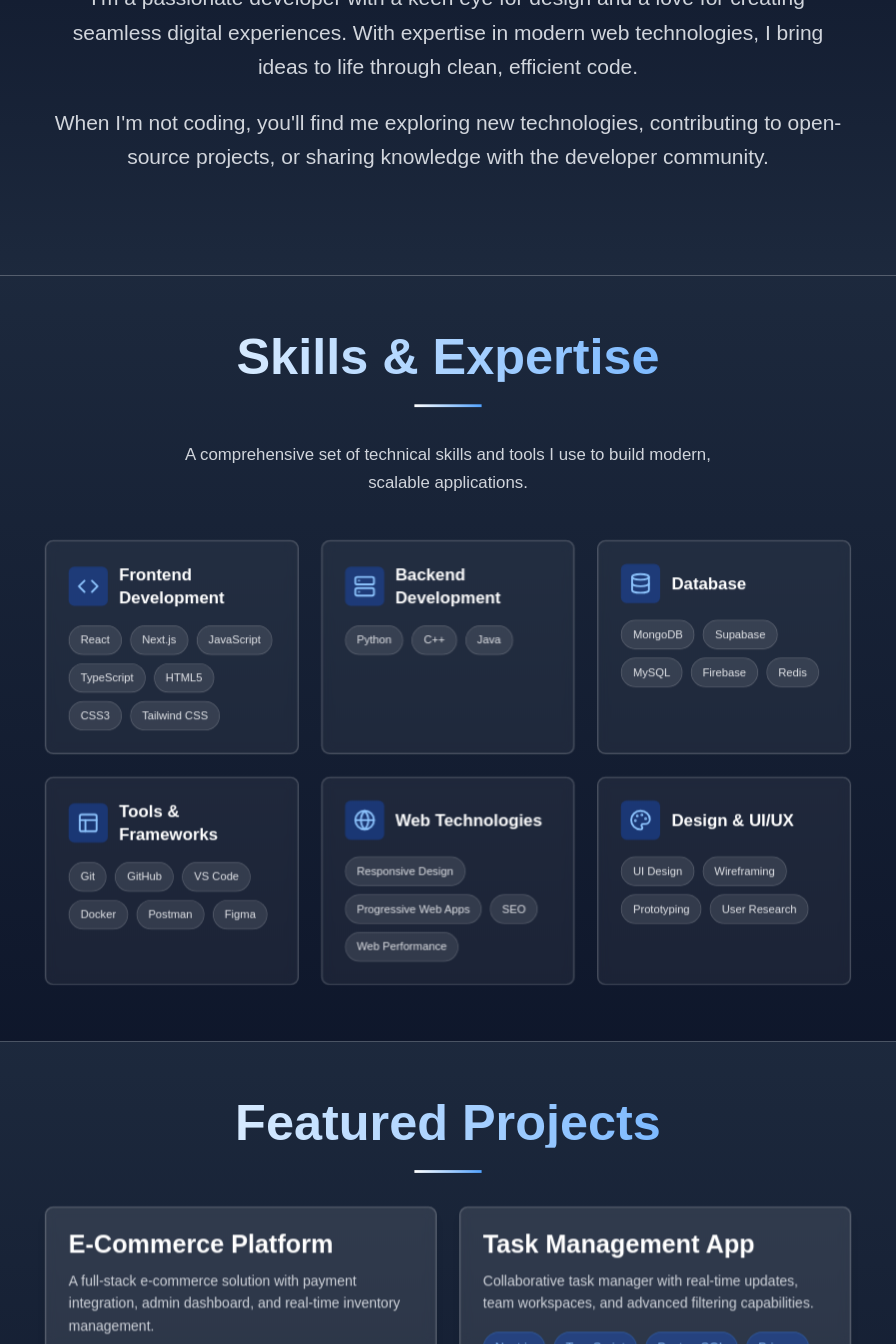
Repository: harshikabodekar/portfolio_awp
Page: /
An editor plug-in stored every save of this project. The page is shown before and after the next save, followed by the edit.
The browser window is 1280 px wide. The pictures show the part of the page from y = 1111 to 3031 px (the page is 4640 px tall), at 70% of full size.
The project was rebuilt for these pictures with package versions that can differ from the ones it lists, and the page was loaded fresh each time. The framework's server and built-in components were replaced by stand-ins that run in the browser. Also part of the build but not shown: next.config.mjs.

Above is the page before, as saved 2025-10-15 20:59:20.

### src/app/layout.js
import "./globals.css";

export const metadata = {
  title: "AWP Portfolio",
  description: "Personal portfolio",
};

export default function RootLayout({ children }) {
  return (
    <html lang="en">
      <body className="antialiased">
        {children}
      </body>
    </html>
  );
}

### src/app/page.js
//import Image from "next/image";
import Navbar from "./components/Navbar";
import React from "react";
import Projects from "./components/Project";
import About from "./components/About";
import Contact from "./components/Contact";
import Hero from "./components/Hero";
import Skills from "./components/Skills";

export default function Home() {
  return (
    <div className="font-sans">
      <Navbar />
      <main className="w-full">
        <Hero />
        <About />
        <Skills />
        <Projects />
        <Contact />
      </main>
    </div>
  );
}

### src/app/components/Navbar.js
import React from 'react';

const Navbar = () => {
  return (
    <nav className="bg-gray-900 text-white py-4 px-6 fixed w-full top-0 left-0 z-50 shadow-lg">
      <div className="container mx-auto flex justify-between items-center">
        <h1 className="text-4xl font-bold">My Portfolio</h1>
        <ul className="flex space-x-12 text-2xl">
          <li><a href="#home" className="hover:text-blue-400 transition-colors">Home</a></li>
          <li><a href="#about" className="hover:text-blue-400 transition-colors">About</a></li>
          <li><a href="#skills" className="hover:text-blue-400 transition-colors">Skills</a></li>
          <li><a href="#projects" className="hover:text-blue-400 transition-colors">Projects</a></li>
          <li><a href="#contact" className="hover:text-blue-400 transition-colors">Contact</a></li>
        </ul>
      </div>
    </nav>
  );
};

export default Navbar;

### src/app/components/Project.js
import React from 'react';
import ProjectCard from './ProjectCard';
import { projectsData } from '../data/projects';

const Projects = () => {
  const projects = [
    {
      title: "E-Commerce Platform",
      description: "A full-stack e-commerce solution with payment integration, admin dashboard, and real-time inventory management.",
      tech: ["React", "Node.js", "MongoDB", "Stripe"],

    },
    {
      title: "Task Management App",
      description: "Collaborative task manager with real-time updates, team workspaces, and advanced filtering capabilities.",
      tech: ["Next.js", "TypeScript", "PostgreSQL", "Prisma"],

    },
    {
      title: "Weather Dashboard",
      description: "Real-time weather dashboard with forecasts, interactive maps, and location-based recommendations.",
      tech: ["Vue.js", "Python", "FastAPI", "OpenWeather API"],

    },
    {
      title: "AI Chat Application",
      description: "Intelligent chatbot with natural language processing, context awareness, and custom training capabilities.",
      tech: ["React", "Python", "TensorFlow", "WebSockets"],

    }
  ];

return (
    <section id="projects" className="py-20 px-6 bg-gradient-to-b from-slate-800 to-slate-900 text-white">
      <div className="container mx-auto px-4">
        <div className="max-w-6xl mx-auto">
          <h2 className="text-3xl sm:text-5xl md:text-6xl lg:text-7xl font-bold mb-8 text-center bg-gradient-to-r from-white to-blue-400 bg-clip-text text-transparent">
            Featured Projects
          </h2>
          <div className="w-24 h-1 bg-gradient-to-r from-white to-blue-400 mx-auto mb-12"></div>

          <div className="grid md:grid-cols-2 gap-6 lg:gap-8">
            {projects.map((project, index) => (
              <ProjectCard key={index} project={project} />
            ))}
          </div>
        </div>
      </div>
    </section>
  );
};

export default Projects;

### src/app/components/About.js
import React from 'react';

const About = () => {
  return (
    <section id="about" className="py-20 px-6 bg-gradient-to-b from-slate-900 to-slate-800 text-white">
      <div className="container mx-auto px-4">
        <div className="max-w-6xl mx-auto">
          <h2 className="text-4xl sm:text-5xl md:text-6xl lg:text-7xl font-bold mb-8 text-center bg-gradient-to-r from-white to-blue-400 bg-clip-text text-transparent">
            About Me
          </h2>
          <div className="w-24 h-1 bg-gradient-to-r from-white to-blue-400 mx-auto mb-12"></div>

          <div className="mb-16 text-center">
            <p className="text-xl sm:text-2xl md:text-3xl text-gray-300 leading-relaxed mb-8">
              I'm a passionate developer with a keen eye for design and a love for creating
              seamless digital experiences. With expertise in modern web technologies, I bring
              ideas to life through clean, efficient code.
            </p>
            <p className="text-xl sm:text-2xl md:text-3xl text-gray-300 leading-relaxed">
              When I'm not coding, you'll find me exploring new technologies, contributing to
              open-source projects, or sharing knowledge with the developer community.
            </p>

          </div>

          </div>
      </div>
    </section>
  );
};

export default About;

### src/app/components/Contact.js
"use client";
import { Mail, Phone, MapPin, Github, Linkedin, Twitter } from 'lucide-react';

const Contact = () => {
  const contactInfo = [
    {
      icon: Mail,
      label: "Email",
      value: "harshikabodekar02@gmail.com",
      href: "mailto:harshikabodekar02@gmail.com"
    },
    {
      icon: Phone,
      label: "Phone",
      value: "+91 9130343030",
      href: "tel:+919130343030"
    },
    {
      icon: MapPin,
      label: "Location",
      value: "Pune, India",
      href: "#"
    }
  ];

  const socialLinks = [
    {
      icon: Github,
      label: "GitHub",
      href: "https://github.com/harshikabodekar"
    },
    {
      icon: Linkedin,
      label: "LinkedIn",
      href: "https://linkedin.com"
    },
    {
      icon: Twitter,
      label: "Twitter",
      href: "https://twitter.com/harshikabodekar"
    }
  ];

  return (
    <section id="contact" className="py-20 px-6 bg-gradient-to-b from-slate-800 to-slate-900 text-white">
      <div className="container mx-auto px-4">
        <div className="max-w-6xl mx-auto">
          <h2 className="text-4xl sm:text-5xl md:text-6xl lg:text-7xl font-bold mb-8 text-center bg-gradient-to-r from-white to-blue-400 bg-clip-text text-transparent">
            Get In Touch
          </h2>
          <div className="w-24 h-1 bg-gradient-to-r from-white to-blue-400 mx-auto mb-12"></div>

          <p className="text-center text-xl md:text-2xl text-gray-300 mb-16 max-w-3xl mx-auto leading-relaxed">
            I'm always open to discussing new projects, creative ideas, or opportunities to be part of your visions.
          </p>

          <div className="grid md:grid-cols-3 gap-8 mb-16">
            {contactInfo.map((info, index) => {
              const IconComponent = info.icon;
              return (
                <div
                  key={index}
                  className="border-2 border-white/20 rounded-xl p-8 hover:border-blue-400/50 transition-all duration-300 text-center group backdrop-blur-sm bg-white/5"
                >
                  <div className="inline-flex p-4 bg-blue-600/30 rounded-lg mb-4 group-hover:bg-blue-600/50 transition-all duration-300">
                    <IconComponent className="w-8 h-8 text-blue-300" />
                  </div>
                  <h3 className="text-lg font-semibold text-gray-200 mb-3">{info.label}</h3>
                  <a
                    href={info.href}
                    className="text-xl text-white hover:text-blue-400 transition-colors duration-300 break-words"
                  >
                    {info.value}
                  </a>
                </div>
              );
            })}
          </div>

          <div className="border-2 border-white/20 rounded-xl p-10 backdrop-blur-sm bg-white/5">
            <h3 className="text-3xl md:text-4xl font-bold mb-8 text-center text-white">Connect With Me</h3>

            <div className="flex justify-center gap-6 mb-10">
              {socialLinks.map((social, index) => {
                const SocialIcon = social.icon;
                return (
                  <a
                    key={index}
                    href={social.href}
                    target="_blank"
                    rel="noreferrer"
                    className="p-4 bg-white/10 border-2 border-white/20 rounded-full hover:bg-blue-600 hover:border-blue-400 transition-all duration-300 group"
                    aria-label={social.label}
                  >
                    <SocialIcon className="w-8 h-8 text-white group-hover:scale-110 transition-transform" />
                  </a>
                );
              })}
            </div>

            <div className="text-center">
              <a
                href="mailto:harshikabodekar02@gmail.com"
                className="inline-flex items-center gap-3 px-8 py-4 bg-blue-600 hover:bg-blue-700 text-white rounded-lg transition-colors text-lg md:text-xl font-medium shadow-lg hover:shadow-blue-500/50"
              >
                <Mail className="w-6 h-6" />
                Send Me an Email
              </a>
            </div>
          </div>
        </div>
      </div>
    </section>
  );
};

export default Contact;

### src/app/components/Hero.js
"use client";
import React from 'react';
import { Github, Linkedin, Mail } from 'lucide-react';

const Hero = () => {
  return (
    <section id="home" className="relative w-full min-h-screen flex items-center justify-center bg-gradient-to-b from-slate-800 to-slate-900 text-white pt-20">
      <div className="w-full px-4 sm:px-6 lg:px-8 py-12 sm:py-16 md:py-20 relative z-10">
        <div className="max-w-6xl mx-auto text-center">
          <div className="mb-6 sm:mb-8 flex justify-center">
            <div className="w-32 h-32 sm:w-40 sm:h-40 md:w-48 md:h-48 rounded-full bg-gray-300 dark:bg-gray-600 border-4 border-white flex items-center justify-center text-xl sm:text-2xl font-bold text-gray-800">HB</div>
          </div>



          <h1 className="text-4xl sm:text-4xl md:text-5xl lg:text-6xl xl:text-7xl font-bold mb-4 sm:mb-6 bg-gradient-to-r from-white to-blue-400 bg-clip-text text-transparent px-4">
            Harshika Bodekar
          </h1>

          <p className="text-base sm:text-lg md:text-xl lg:text-3xl text-gray-300 mb-6 sm:mb-8 font-light px-4">
            Computer Science Student | Frontend Developer
          </p>

          <p className="text-sm sm:text-base md:text-2xl text-gray-400 mb-8 sm:mb-12 max-w-2xl mx-auto leading-relaxed px-4">
            Crafting elegant digital experiences with modern technologies.
            Passionate about clean code, intuitive design, and building products that make a difference.
          </p>

          {/* <div className="flex flex-col sm:flex-row flex-wrap gap-4 justify-center mb-8 sm:mb-12 px-4">
            <button onClick={() => {}} className="px-6 py-3 bg-white text-slate-900 rounded-full font-medium hover:bg-gray-100 transition-colors w-full sm:w-auto">View My Work</button>
            <button onClick={() => {}} className="px-6 py-3 border-2 border-white text-white rounded-full hover:bg-white hover:text-slate-900 transition-colors w-full sm:w-auto">Get In Touch</button>
          </div> */}

          <div className="flex flex-wrap gap-4 sm:gap-6 justify-center px-4">
            <a
              href="https://github.com/harshikabodekar"
              target="_blank"
              rel="noopener noreferrer"
              className="p-3 bg-white/10 rounded-full hover:bg-white/20 transition-all group"
              aria-label="GitHub"
            >
              <Github className="w-6 h-6 sm:w-8 sm:h-8 text-white group-hover:text-blue-400 transition-colors" />
            </a>
            <a
              href="https://linkedin.com/in/harshikabodekar"
              target="_blank"
              rel="noopener noreferrer"
              className="p-3 bg-white/10 rounded-full hover:bg-white/20 transition-all group"
              aria-label="LinkedIn"
            >
              <Linkedin className="w-6 h-6 sm:w-8 sm:h-8 text-white group-hover:text-blue-400 transition-colors" />
            </a>
            <a
              href="mailto:harshikabodekar02@gmail.com"
              className="p-3 bg-white/10 rounded-full hover:bg-white/20 transition-all group"
              aria-label="Email"
            >
              <Mail className="w-6 h-6 sm:w-8 sm:h-8 text-white group-hover:text-blue-400 transition-colors" />
            </a>
          </div>
        </div>
      </div>

      <div className="hidden sm:block absolute bottom-10 left-1/2 -translate-x-1/2">
        <div className="w-6 h-10 border-2 border-white rounded-full flex justify-center">
          <div className="w-1 h-3 bg-white rounded-full mt-2 animate-pulse"></div>
        </div>
      </div>
    </section>
  );
};

export default Hero;

### src/app/components/Skills.js
"use client";
import React from 'react';
import { Code, Database, Layout, Server, Globe, Palette } from 'lucide-react';

const Skills = () => {
  const skillCategories = [
    {
      icon: Code,
      title: "Frontend Development",
      skills: ["React", "Next.js", "JavaScript", "TypeScript", "HTML5", "CSS3", "Tailwind CSS"]
    },
    {
      icon: Server,
      title: "Backend Development",
      skills: [ "Python", "C++", "Java"]
    },
    {
      icon: Database,
      title: "Database",
      skills: ["MongoDB", "Supabase", "MySQL", "Firebase", "Redis"]
    },
    {
      icon: Layout,
      title: "Tools & Frameworks",
      skills: ["Git", "GitHub", "VS Code", "Docker", "Postman", "Figma"]
    },
    {
      icon: Globe,
      title: "Web Technologies",
      skills: ["Responsive Design", "Progressive Web Apps", "SEO", "Web Performance"]
    },
    {
      icon: Palette,
      title: "Design & UI/UX",
      skills: ["UI Design", "Wireframing", "Prototyping", "User Research"]
    }
  ];

  return (
    <section id="skills" className="py-20 px-6 bg-gradient-to-b from-slate-800 to-slate-900 text-white">
      <div className="container mx-auto px-4">
        <div className="max-w-6xl mx-auto">
          <h2 className="text-4xl sm:text-5xl md:text-6xl lg:text-7xl font-bold mb-8 text-center bg-gradient-to-r from-white to-blue-400 bg-clip-text text-transparent">
            Skills & Expertise
          </h2>
          <div className="w-24 h-1 bg-gradient-to-r from-white to-blue-400 mx-auto mb-12"></div>

          <p className="text-center text-xl md:text-2xl text-gray-300 mb-16 max-w-3xl mx-auto leading-relaxed">
            A comprehensive set of technical skills and tools I use to build modern, scalable applications.
          </p>

          <div className="grid md:grid-cols-2 lg:grid-cols-3 gap-8">
            {skillCategories.map((category, index) => {
              const IconComponent = category.icon;
              return (
                <div
                  key={index}
                  className="border-2 border-white/20 rounded-xl p-8 hover:border-blue-400/50 transition-all duration-300 backdrop-blur-sm bg-white/5 group"
                >
                  <div className="flex items-center gap-4 mb-6">
                    <div className="p-3 bg-blue-600/30 rounded-lg group-hover:bg-blue-600/50 transition-all duration-300">
                      <IconComponent className="w-8 h-8 text-blue-300" />
                    </div>
                    <h3 className="text-2xl font-bold text-white group-hover:text-blue-400 transition-colors">
                      {category.title}
                    </h3>
                  </div>

                  <div className="flex flex-wrap gap-3">
                    {category.skills.map((skill, skillIndex) => (
                      <span
                        key={skillIndex}
                        className="px-4 py-2 bg-white/10 border border-white/20 rounded-full text-sm md:text-base text-gray-200 hover:bg-blue-600/30 hover:border-blue-400/50 transition-all duration-300"
                      >
                        {skill}
                      </span>
                    ))}
                  </div>
                </div>
              );
            })}
          </div>


          </div>
        </div>

    </section>
  );
};

export default Skills;

### src/app/components/ProjectCard.js
"use client";
import React from 'react';
import { Github, ExternalLink } from 'lucide-react';

export default function ProjectCard({ project = {} }) {
  const { title, description, tech = [], github, demo } = project;

  return (
    <article className="bg-white/10 backdrop-blur-sm border-2 border-white/20 rounded-xl p-8 shadow-lg hover:shadow-2xl hover:border-blue-400/50 transition-all duration-300 group">
      <h3 className="font-bold text-3xl md:text-4xl mb-4 text-white group-hover:text-blue-400 transition-colors">
        {title || "Untitled Project"}
      </h3>

      <p className="text-gray-300 text-lg md:text-xl mb-6 leading-relaxed">
        {description || "An event management site that manages the event."}
      </p>

      {tech && tech.length > 0 && (
        <div className="flex flex-wrap gap-3 mb-6">
          {tech.map((technology, index) => (
            <span
              key={index}
              className="px-4 py-2 bg-blue-600/30 text-blue-300 rounded-full text-base md:text-lg font-medium border border-blue-400/30"
            >
              {technology}
            </span>
          ))}
        </div>
      )}

      <div className="flex gap-4 mt-6">
        {github && (
          <a
            href={github}
            target="_blank"
            rel="noreferrer"
            className="flex items-center gap-2 px-5 py-3 bg-white/20 hover:bg-white/30 text-white rounded-lg transition-colors text-base md:text-lg font-medium"
            aria-label="View on GitHub"
          >
            <Github className="w-6 h-6" />
            <span>Code</span>
          </a>
        )}

        {demo && (
          <a
            href={demo}
            target="_blank"
            rel="noreferrer"
            className="flex items-center gap-2 px-5 py-3 bg-blue-600 hover:bg-blue-700 text-white rounded-lg transition-colors text-base md:text-lg font-medium"
            aria-label="View live demo"
          >
            <ExternalLink className="w-6 h-6" />
            <span>Demo</span>
          </a>
        )}
      </div>
    </article>
  );
}

### src/app/data/projects.js
export const projectsData = [
  {
    id: '1',
    title: 'Sample Project One',
    description: 'A short description of project one.',
    link: 'https://example.com',
  },
  {
    id: '2',
    title: 'Sample Project Two',
    description: 'A short description of project two.',
    link: 'https://example.com',
  },
];

Loaded but not shown: src/app/globals.css (common file)

After the next save:
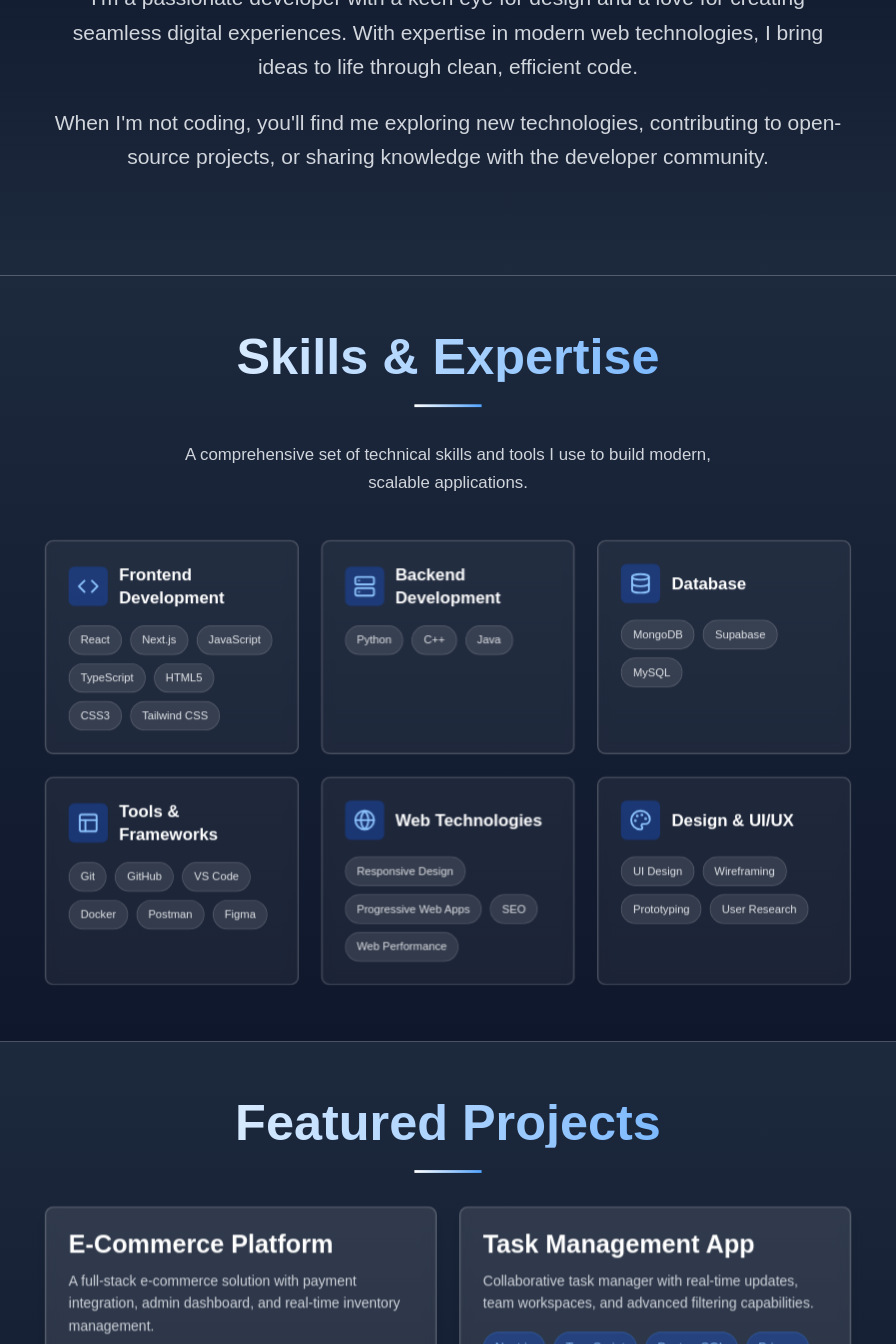
Saved 8 s later.
--- a/src/app/components/Skills.js
+++ b/src/app/components/Skills.js
@@ -17,7 +17,7 @@ const Skills = () => {
     {
       icon: Database,
       title: "Database",
-      skills: ["MongoDB", "Supabase", "MySQL", "Firebase", "Redis"]
+      skills: ["MongoDB", "Supabase", "MySQL"]
     },
     {
       icon: Layout,
